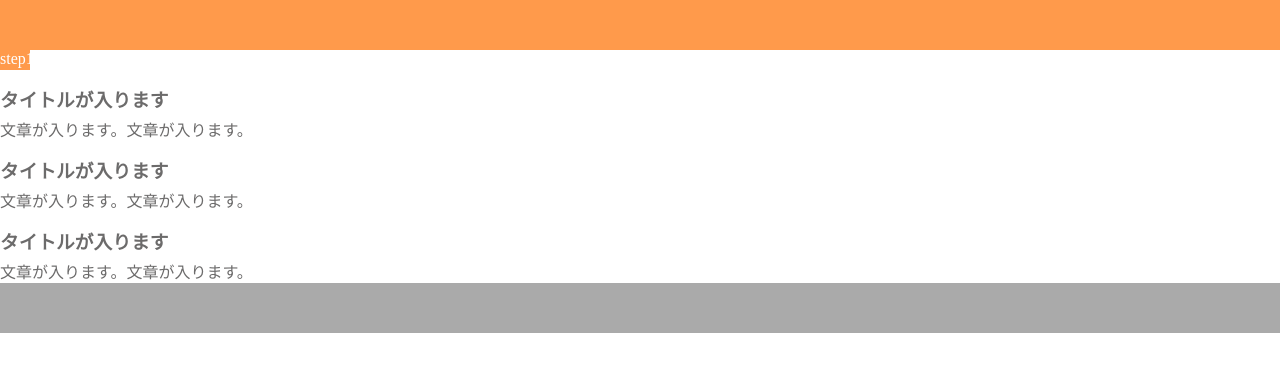
Repository: Yuki-Kawagoe/chapter4
Page: chapter9/index.html
The author's editor kept a record of every edit. The page is drawn from the files as they stood at one moment, then again after the next edit.
The browser window is 1280 px wide. The pictures show the whole page.

Above is the page before.

### chapter9/index.html
<!DOCTYPE html>
 <html lang="ja">
 <head>
  <meta charset="UTF-8">
  <link rel="stylesheet" href="style.css" />
  <title>Chapter9</title>
 </head>

 <body>
   <header></header>


   <main>
    <div class="step-box1">
      <div class="step-img">

      <p class="sub">step1</p>
        <h3 class="main-title">タイトルが入ります</h3>
          <p class="main-text">文章が入ります。文章が入ります。</p>
    </div>

    <div class="step-box2">
      <div class="step-img">


        <h3 class="main-title">タイトルが入ります</h3>
          <p class="main-text">文章が入ります。文章が入ります。</p>
    </div>

    <div class="step-box33">
      <div class="step-img">


        <h3 class="main-title">タイトルが入ります</h3>
          <p class="main-text">文章が入ります。文章が入ります。</p>
    </div>




   </main>


   <footer></footer>

 </body>

### chapter9/style.css
* {
  margin: 0px;
  padding: 0px;
  box-sizing: border-box;
  color: #6c6b6b;
}

header {
  height: 50px;
  background-color: #FF9A4B
}

.main {
  width: 960px;
  margin: 50px auto;
  display: flex;

}

.step-box {
  width: 300px;
  padding: 10px;
  margin-right: 30px;
  background-color: #EEEEEE;
  position: relative;
}

.step-img1 {
  height: 150px;
  background-image: url(img/flow01.png);
  background-position: bottom;
  background-size: cover;
}

.step-img2 {
  height: 150px;
  background-image: url(img/flow02.png);
  background-position: bottom;
  background-size: cover;
}


.step-img3 {
  height: 150px;
  background-image: url(img/flow03.png);
  background-position:bottom;
  background-size:cover;
}

.stem-num {
  position: absolute;
  top:0;
  left:0;
  background-color: #ff9a4b;
  color: #fff;
}

.main-title {
  margin-top: 15px;
  margin-bottom: 5px;
}

.sub {
  background-color: #FF9A4B;
  color: white;
  height: 20px;
  width: 30px;
}

footer {
  width: 100%;
  height: 50px;
  background-color: #AAAAAA
}

After the next edit:
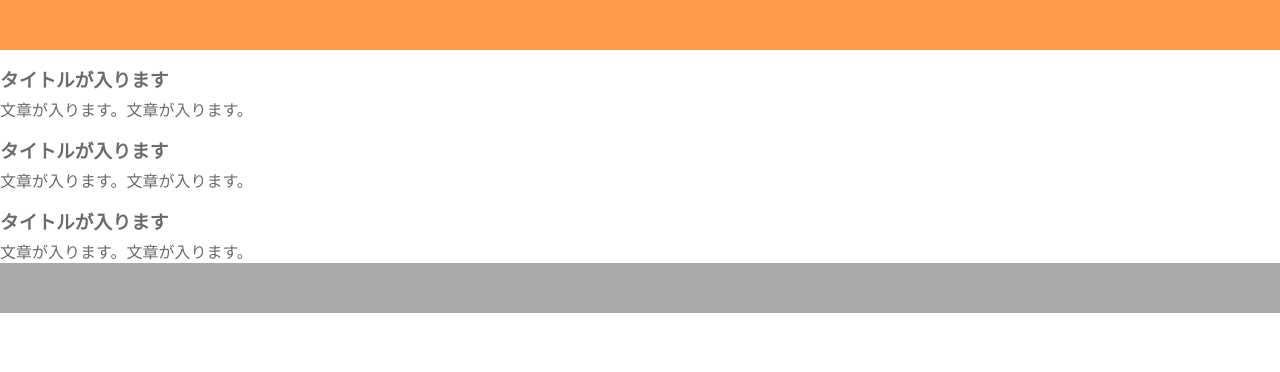
The edit:
--- a/chapter9/index.html
+++ b/chapter9/index.html
@@ -14,7 +14,6 @@
     <div class="step-box1">
       <div class="step-img">
 
-      <p class="sub">step1</p>
         <h3 class="main-title">タイトルが入ります</h3>
           <p class="main-text">文章が入ります。文章が入ります。</p>
     </div>
